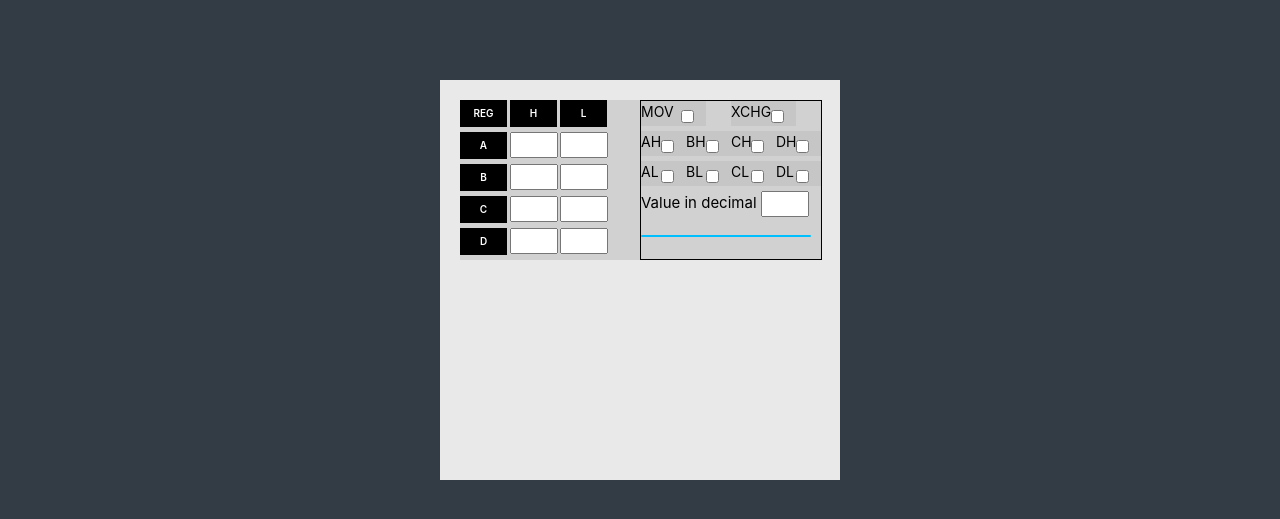
Repository: piookr-wsei/8086
Page: /
These files come from the project's save history. The page is drawn as it stood at one moment and after the next save; the edit follows.
The browser window is 1280 px wide. The pictures show the whole page.
The project was rebuilt for these pictures with package versions that can differ from the ones it lists, and the page was loaded fresh each time.

Above is the page before, as saved 2022-06-18 21:49:41.

After the next save:
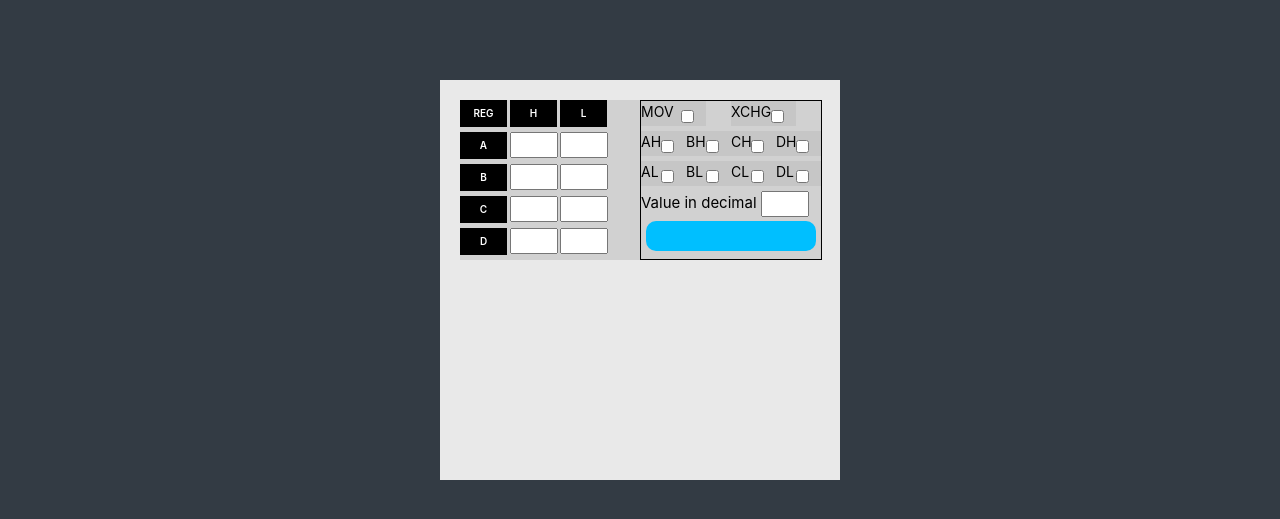
Saved 7 s later.
--- a/src/Components/Components.elements.js
+++ b/src/Components/Components.elements.js
@@ -120,5 +120,5 @@ width: 170px;
 border-radius: 10px;
 border:transparent 4px;
 background-color: #00bfff;
-margin: auto 0px;
+margin: 0px auto;
 `
